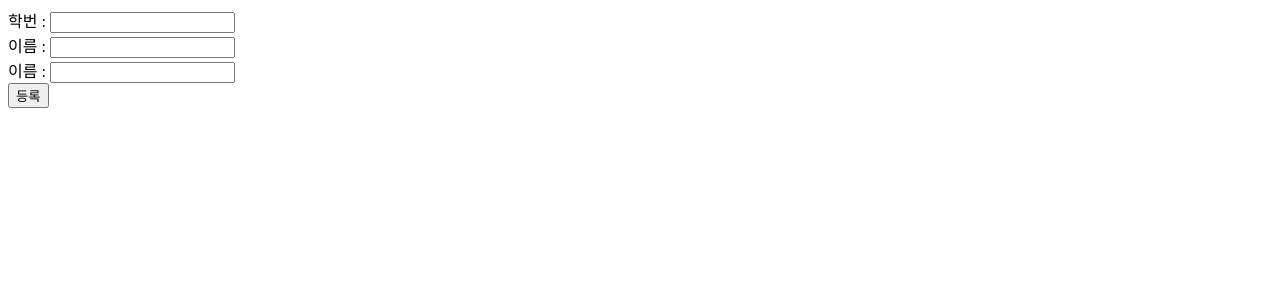
Repository: hyungryuk-zz/JAVA_CLASS
Page: http://localhost/JavaEEPrj/broker/resCustomer.jsp
The author's editor kept a copy of each file at every save. The page is drawn from the files as they stood at one save, then again after the next save.
The browser window is 1280 px wide. The pictures show the whole page.
The page is served by Tomcat 9. Other server files are loaded and not shown.

Above is the page before, as saved 2017-07-24 06:40:06.

### JavaEEPrj/WebContent/broker/resCustomer.jsp
<%@ page language="java" contentType="text/html; charset=UTF-8"
    pageEncoding="UTF-8"%>
<!DOCTYPE html PUBLIC "-//W3C//DTD HTML 4.01 Transitional//EN" "http://www.w3.org/TR/html4/loose.dtd">
<html>
<head>
<meta http-equiv="Content-Type" content="text/html; charset=UTF-8">
<title>Insert title here</title>
</head>
<body>
	<form method="POST" action="broker?cmd=resCustommer">
		학번 : <input type="number" name="ssn"><br>
		이름 : <input type="text" name = "name"><br>
		이름 : <input type="text" name = "addr"><br>
		<input type="submit" value="등록">
	</form>
</body>
</html>

After the next save:
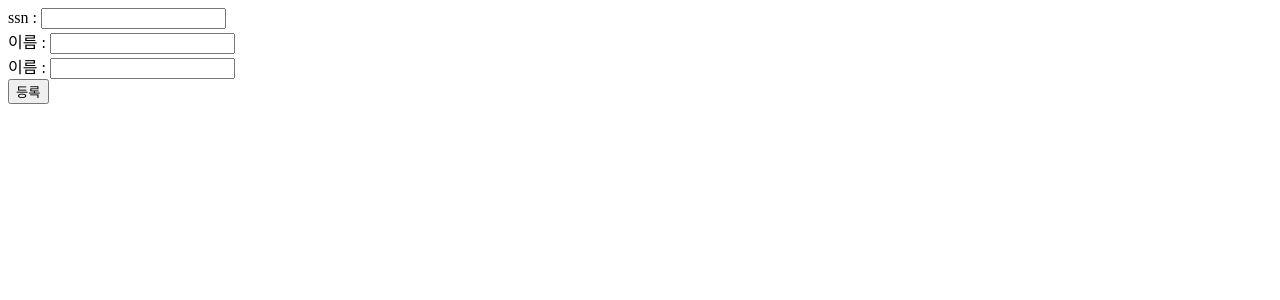
Saved 12 s later.
--- a/JavaEEPrj/WebContent/broker/resCustomer.jsp
+++ b/JavaEEPrj/WebContent/broker/resCustomer.jsp
@@ -8,7 +8,7 @@
 </head>
 <body>
 	<form method="POST" action="broker?cmd=resCustommer">
-		학번 : <input type="number" name="ssn"><br>
+		ssn : <input type="number" name="ssn"><br>
 		이름 : <input type="text" name = "name"><br>
 		이름 : <input type="text" name = "addr"><br>
 		<input type="submit" value="등록">
